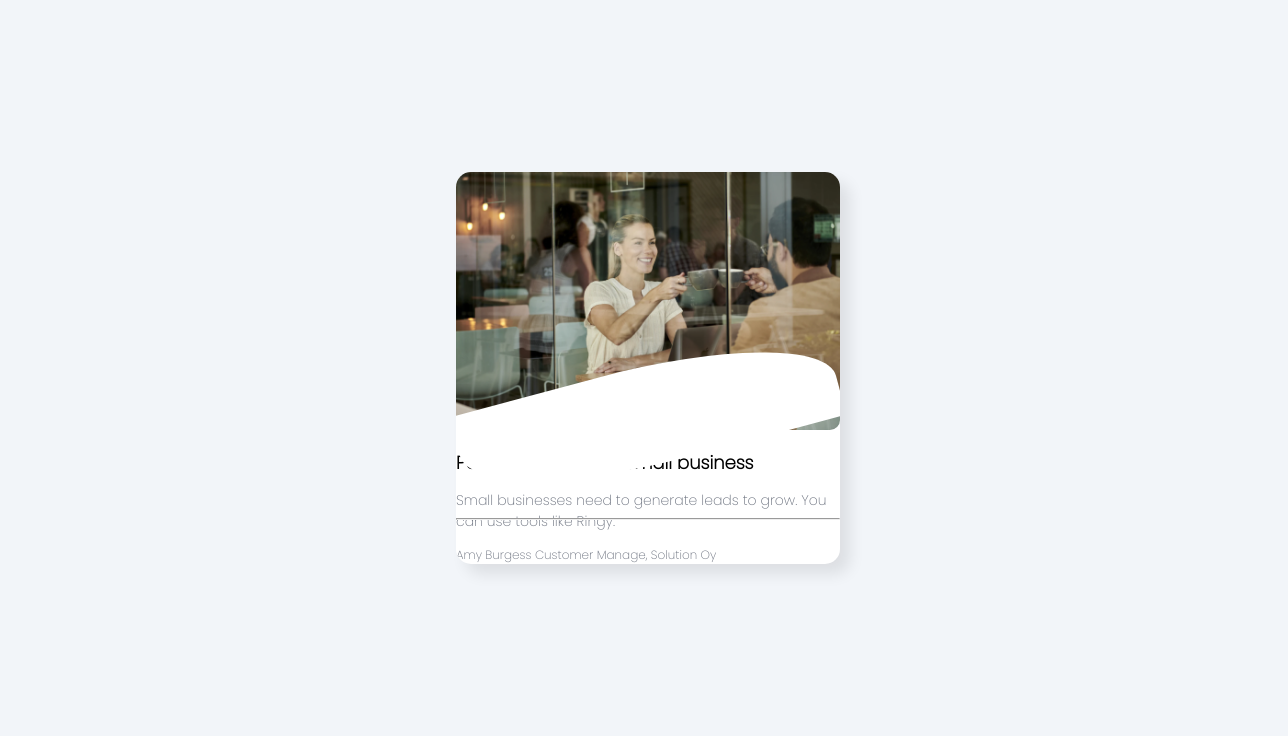
Repository: massndongo/business-blog-card
Page: index.html
An editor plug-in stored every save of this project. The page is shown before and after the next save, followed by the edit.
The browser window is 1280 px wide. The page is 1288 px wide, so the pictures cover 1288 px, including what lies to the right of the window. The pictures show the whole page.

Above is the page before, as saved 2023-11-08 04:25:27.

After the next save:
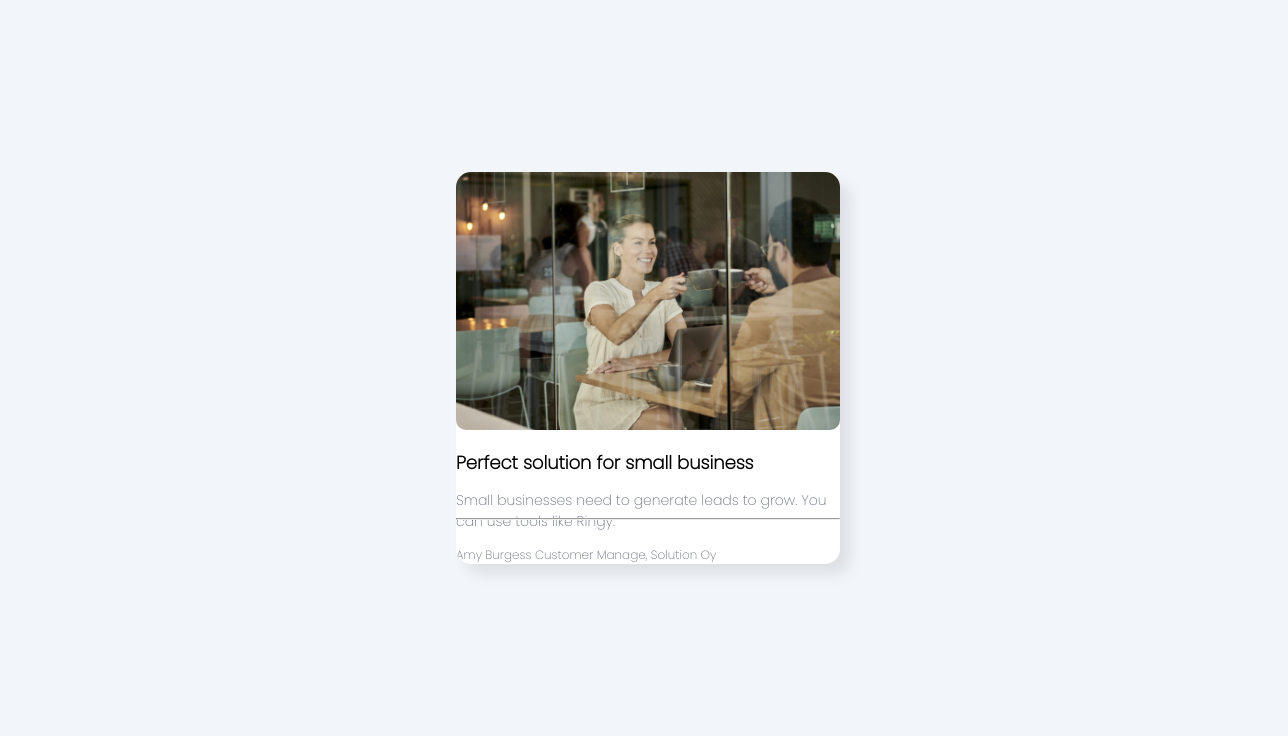
Saved 10 s later.
--- a/css/styles.css
+++ b/css/styles.css
@@ -37,9 +37,6 @@ body {
     position: absolute;
     transform: rotate(-15deg);
     bottom: 25%;
-    left: 0;
-    right: 0;
-    z-index: 0;
 }
 .title{
     font-size: 18px;
